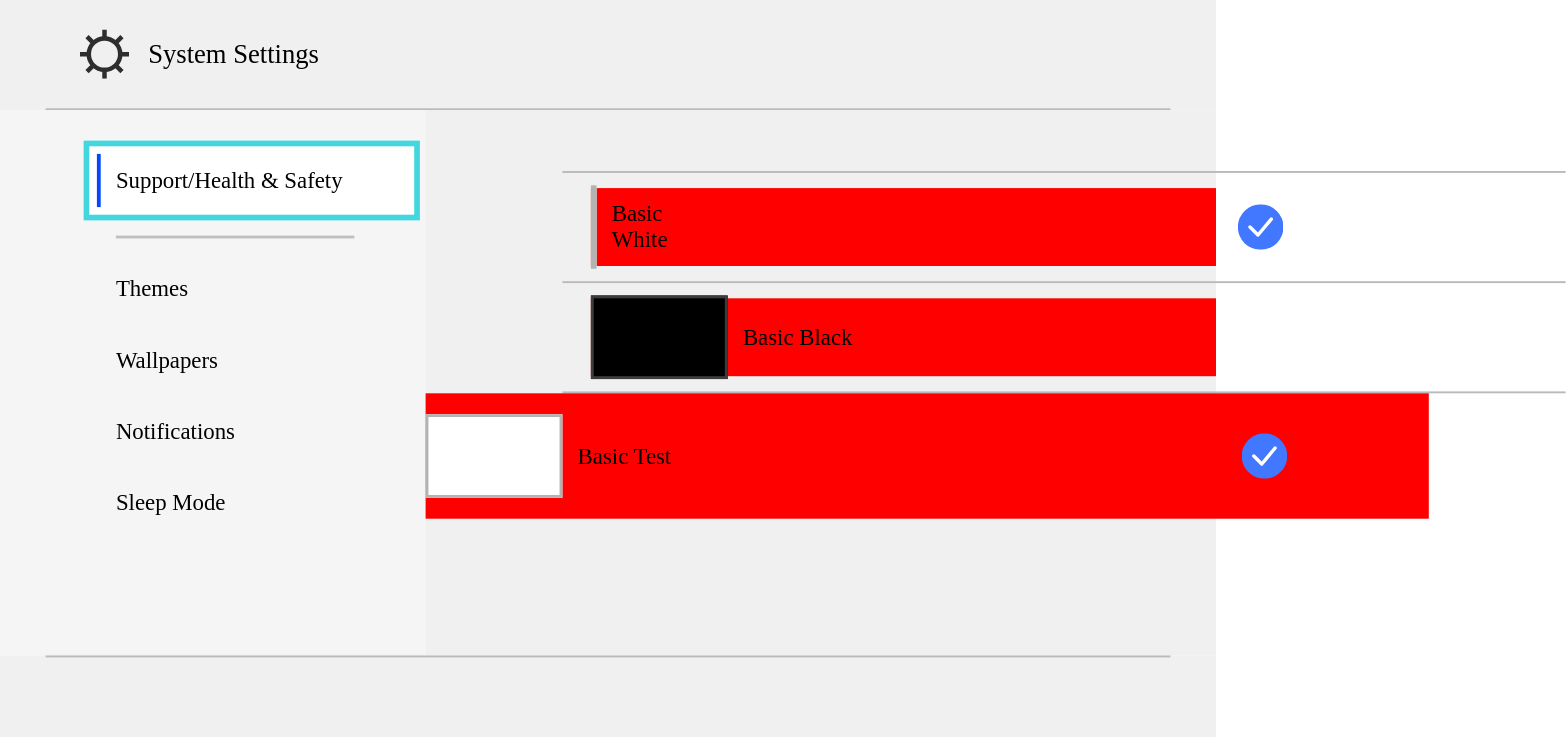
Repository: danielj1415/nintendoSwitchUI2
Page: /settings
The author's editor kept a copy of each file at every save. The page is drawn from the files as they stood at one save, then again after the next save.
The browser window is 1280 px wide. The page is 1648 px wide, so the pictures cover 1648 px, including what lies to the right of the window. The pictures show the whole page, at 95% of full size.
The project was rebuilt for these pictures with package versions that can differ from the ones it lists, and the page was loaded fresh each time. Also part of the build but not shown: vite.config.js, src/ScreenHome.jsx.

Above is the page before, as saved 2024-09-29 19:26:54.

### src/App.jsx
import { BrowserRouter as Router, Routes, Route } from "react-router-dom";
import ScreenHome from "./ScreenHome";
import ScreenSettings from "./ScreenSettings";
import './App.css';

function App() {
  return (
    <Router>
      <Routes>
        <Route path="/" element={<ScreenHome />} />
        <Route path="/settings" element={<ScreenSettings />} />
      </Routes>
    </Router>
  );
}

export default App;

### src/ScreenSettings.jsx

import "./ScreenSettings.css";
import iconBrightnessLight from "./assets/icons/iconBrightnessLight.svg";
import { useState, useEffect } from "react";
import iconCheckMark from "./assets/icons/iconCheckMark.svg";

function ScreenSettings(){

    const settingsOptions = [
        { name: "Support/Health & Safety"},
        { name: "Themes"},
        { name: "Wallpapers"},
        { name: "Notifications"},
        { name: "Sleep Mode"},
        //{ name: "Airplane Mode"}, // Add corresponding images for these games
      ];

      const [selectedIndex, setSelectedIndex] = useState(0);
      const [optionsTheme, setOptionsTheme] = useState(true); // true means the user is on the Themes page for the system settings
      const [optionsWallpaper, setOptionsWallpaper] = useState(false); // true means the user is on the Wallpaper page for the system settings

      useEffect(() => {
        const handleKeyDown = (event) => {
          if (event.key === "ArrowDown") {
            event.preventDefault();
            setSelectedIndex((prevIndex) =>
              prevIndex < settingsOptions.length - 1 ? prevIndex + 1 : 0
            );
          } else if (event.key === "ArrowUp") {
            event.preventDefault();
            setSelectedIndex((prevIndex) =>
              prevIndex > 0 ? prevIndex - 1 : settingsOptions.length - 1
            );
          }
        };

        window.addEventListener("keydown", handleKeyDown);

        // Clean up the event listener
        return () => {
          window.removeEventListener("keydown", handleKeyDown);
        };
      }, [settingsOptions.length]);

    return(
        <div className = "settingsScreen">
            <div className = "topMenuSettings">
                <div className = "topMenuRow">
                    <img src = {iconBrightnessLight} className = "iconBrightnessLight marginRight28 marginLeft108"/>
                    <p className = "headingText">System Settings</p>
                </div>
                <div className = "divider"/>
            </div>
            <div className="middleMenuSettings">
            <div className="leftMenuSettings">
            <div className = "spacer"/>
            {/* Render the first option separately */}
            {settingsOptions.slice(0, 1).map((option, index) => (
                <div
                    key={index}
                    className={`leftMenuOptions ${
                        selectedIndex === index ? "selectedOption" : "unselectedOption"
                    }`}
                >
                    {selectedIndex === index && (
                        <div className="selectedOptionLine marginLeft8 marginRight16" />
                    )}
                    <div>
                        <p className={`subheadingText`}>{option.name}</p>
                    </div>
                    {/* Add a line after the first option */}
                    <div className="lineAfterOption"></div>
                </div>
            ))}
            <div className = "square"/>
            {/* Render the remaining options */}
            {settingsOptions.slice(1).map((option, index) => (
            <div
                key={index + 1}  // Offset index for the remaining items
                className={`leftMenuOptions ${
                    selectedIndex === index + 1 ? "selectedOption" : "unselectedOption"
                }`}
            >
                {selectedIndex === index + 1 && (
                    <div className="selectedOptionLine marginLeft8 marginRight16" />
                )}
                <div>
                    <p className={`subheadingText`}>{option.name}</p>
                </div>
            </div>
            ))}
            </div>
                <div className="rightMenuSettings">
                {optionsTheme === true && ( // theme page on system settings
                    <div className = "themePage">
                        <div className = "themeLine marginTop64"></div>
                        <div className = "themeRow marginLeft174 marginTop32">
                            <div className = "themeWhiteRectangle marginRight16"></div>
                            <p className = "subheadingText">Basic White</p>
                            <img className = "iconCheckMark" src = {iconCheckMark}/>
                        </div>
                        <div className = "themeLine marginTop32"></div>
                        <div className = "themeRow marginLeft174 marginTop32">
                            <div className = "themeBlackRectangle marginRight16"></div>
                            <p className = "subheadingText">Basic Black</p>
                        </div>
                        <div className = "themeLine marginTop32"></div>
                        <div className = "themeRowSelected">
                            <div className = "themeWhiteRectangle marginRight16"></div>
                            <p className = "subheadingText">Basic Test</p>
                            <img className = "iconCheckMark" src = {iconCheckMark}/>
                        </div>
                    </div>
                )}
                {optionsWallpaper === true && ( // wallpaper page on system settings
                    <div className = "wallpaperPage">
                        Your mom's wallpaper
                    </div>
                )}
                </div>
            </div>
            <div className = "bottomMenuSettings">
                <div className = "divider"/>
            </div>
        </div>
    )
}

export default ScreenSettings;

### src/App.css
html, body {
  margin: 0;
  padding: 0;
  height: 100%;
  width: 100%;
}

.appScreen{
  display: flex;
  justify-content: center;
  align-items: center;
  height: 100vh;
}

### src/ScreenHome.css

@import "./fonts.css";

/* Set the container to relative positioning */
.homeScreen {
    position: relative;
    width: 100vw;
    height: 100vh;
    overflow-x: hidden;
  }

  /* Set the image to cover the entire container */
  .wallpaper {
    position: absolute;
    top: 0;
    left: 0;
    width: 100%;
    height: 100%;
    object-fit: cover; /* Ensure the image covers the whole area */
    z-index: -1; /* Send the image to the background */
  }

  /* Row of squares */
  .square-row {
    display: flex;
    justify-content: space-between; /* Space the squares evenly */
    position: relative; /* Ensure it's positioned on top of the image */
    width: 100%;
    height: 460px; /* Adjust the height of the row */
    z-index: 1; /* Ensure the row stays above the image */
    top: 50%; /* Vertically center the row */
    transform: translateY(-340px); /* Adjust the top positioning for perfect centering */
    margin-left: 80px;
    gap: 32px;
  }

  /* Individual squares */
  .game {
    flex-shrink: 0;
    width: 360px;
    height: 360px;
    background-color: rgba(255, 255, 255, 0.2); /* Add some transparency */
    backdrop-filter: blur(15px); /* Apply the blur effect to the background */
    transition: all 0.3s ease; /* Smooth transition when selecting */
    display: flex; /* Enable Flexbox */
        justify-content: center; /* Horizontally center the image */
        align-items: center; /* Vertically center the image */
        box-shadow: 0 4px 8px rgba(0, 0, 0, 0.5); /* Add a soft shadow */
  }

  /* Selected game styles */
.game.selected {
    width: 440px; /* Increase the size of the selected game */
    height: 440px;
    transform: translateY(-60px);
  }

  .game-name {
    position: absolute;
    font-family: "Nintendo Switch UI";
    white-space: nowrap; /* Ensure the text stays on one line */
    left: 50%; /* Center the text horizontally */
    transform: translateX(-50%); /* Ensure centering within its container */
    height: 100px;
    top: -100px;
    width: 600px;

  }

  .game-name-text{
    color: #43D6DF;
    font-size: 36px;
    text-align: center;
  }
  .game-image {
    width: 92%;
    height: 92%;
    object-fit: cover; /* Ensure the image covers the entire div */
  }
  .game-image {
    opacity: 0.5; /* Make the image 50% opaque */
    transition: opacity 0.3s ease; /* Smooth transition for the opacity change */
  }

  /* Selected game's image (full opacity) */
  .game.selected .game-image {
    opacity: 1; /* Full opacity for the selected game's image */
  }

  .profileIconContainer{
    display: flex;
    flex-direction: column; /* Ensure the number and image are stacked vertically */
    align-items: center; /* Center the number and image horizontally */
    width: 64px;
    margin-left: 80px;
  }

  .imageProfile{
    width: 48px;
    height: 48px;
    border-radius: 50%;
    border: 3px solid #43D6DF;
    margin-top: -24px;
  }

  .profileFriends{
    font-family: "Nintendo Switch UI";
    font-size: 24px;
    color: #43D6DF
  }

  .circle-row{
    display: flex;
    gap: 28px;
    justify-content: center;
    margin-top: 96px;
  }

  .icons{
    width: 90px;
    height: 90px;
    border-radius: 50%;
    background-color: rgba(255, 255, 255, 0.3); /* Add some transparency */
    box-shadow: 0 4px 8px rgba(0, 0, 0, 0.5); /* Add a soft shadow */
    backdrop-filter: blur(15px);
  }

  .iconRowCircle{
    width: 90px;
    height: 90px;
    border-radius: 50%;
    background-color: rgba(255, 255, 255, 0.3); /* Add some transparency */
    box-shadow: 0 3px 6px rgba(0, 0, 0, 0.3); /* Add a soft shadow */
    backdrop-filter: blur(15px);
    display: flex;
    align-items: center;
    justify-content: center;
    position: relative;
  }

  .iconRowImage{
    width: 48px;
    height: 48px;
  }

  .iconRowImage2{
    width: 52px;
    height: 52px;
    margin-left: 4px;
    margin-top: 4px;
  }


.selectedIcon {
  position: relative;
}

.selectedIcon::before {
  content: "";
  position: absolute;
  top: -4px;
  left: -4px;
  width: calc(100%);
  height: calc(100%);
  border: 4px solid #43D6DF;
  border-radius: 50%;
  pointer-events: none;
}

  .bottomMenu{
    margin-left: 80px;
    margin-right: 80px;
    margin-top: 72px;
  }

  .lineDivider{
    height: 2px;
    width:auto;
    background-color: #ffffff;
  }

  .iconSwitchLight{
    width: 96px;
    height: 44px;
    box-shadow: 0 4px 8px rgba(0, 0, 0, 0.5);
    border-radius: 8px;
  }

  .bottomMenuRow{
    display: flex;
    align-items: center;
    justify-content: space-between;
    margin-top: 28px;
  }

  .bottomMenuRowIcons{
    width: 400px;
    height: 44px;
    display: flex;
    align-items: center;
    justify-content: end;
  }

  .iconA{
    width: 36px;
    height: 36px;
    box-shadow: 0 4px 8px rgba(0, 0, 0, 0.5);
    border-radius: 50%;
  }

  .iconOptions{
    width: 36px;
    height: 36px;
    box-shadow: 0 4px 8px rgba(0, 0, 0, 0.5);
    border-radius: 50%;
  }

  .bottomMenuRowText{
    font-family: "Nintendo Switch UI";
    color: white;
    font-size: 26px;
    text-shadow: 0 0 10px rgba(255, 255, 255, 0.8),
  }

  .marginRight20{
    margin-right: 20px;
  }

  .marginLeft84{
    margin-left: 84px;
  }

  @media (max-height: 800px) and (min-height: 700px)
  {
    .game {
        flex-shrink: 0;
        width: 306px;
        height: 306px;
        background-color: rgba(255, 255, 255, 0.3); /* Add some transparency */
        backdrop-filter: blur(15px); /* Apply the blur effect to the background */
        transition: all 0.3s ease; /* Smooth transition when selecting */
        display: flex; /* Enable Flexbox */
        justify-content: center; /* Horizontally center the image */
        align-items: center; /* Vertically center the image */
        box-shadow: 0 4px 8px rgba(0, 0, 0, 0.5); /* Add a soft shadow */
      }

      /* Selected game styles */
    .game.selected {
        width: 380px; /* Increase the size of the selected game */
        height: 380px;
        transform: translateY(-60px);
      }
      .game-name-text{
        color: #43D6DF;
        font-size: 32px;
        text-align: center;
      }
      .game-name {
        position: absolute;
        font-family: "Nintendo Switch UI";
        white-space: nowrap; /* Ensure the text stays on one line */
        left: 50%; /* Center the text horizontally */
        transform: translateX(-50%); /* Ensure centering within its container */
        height: 100px;
        top: -80px;
        width: 600px;
      }
      .square-row {
        display: flex;
        justify-content: space-between; /* Space the squares evenly */
        position: relative; /* Ensure it's positioned on top of the image */
        width: 100%;
        height: 360px; /* Adjust the height of the row */
        z-index: 1; /* Ensure the row stays above the image */
        top: 50%; /* Vertically center the row */
        transform: translateY(-280px); /* Adjust the top positioning for perfect centering */
        margin-left: 80px;
        gap: 32px;
      }
      .game-image {
        width: 92%;
        height: 92%;
        object-fit: cover; /* Ensure the image covers the entire div */
      }
      .game-image {
        opacity: 0.5; /* Make the image 50% opaque */
        transition: opacity 0.3s ease; /* Smooth transition for the opacity change */
      }

      /* Selected game's image (full opacity) */
      .game.selected .game-image {
        opacity: 1; /* Full opacity for the selected game's image */
      }
      .circle-row{
        display: flex;
        gap: 28px;
        justify-content: center;
        margin-top: 96px;
        height: 1px;
      }

      .icons{
        width: 72px;
        height: 72px;
        border-radius: 50%;
        background-color: rgba(255, 255, 255, 0.3); /* Add some transparency */
        box-shadow: 0 4px 8px rgba(0, 0, 0, 0.5); /* Add a soft shadow */
        backdrop-filter: blur(15px);
      }

      .iconRowCircle{
        width: 72px;
        height: 72px;
        border-radius: 50%;
        background-color: rgba(255, 255, 255, 0.3); /* Add some transparency */
        box-shadow: 0 3px 6px rgba(0, 0, 0, 0.3); /* Add a soft shadow */
        backdrop-filter: blur(15px);
        display: flex;
        align-items: center;
        justify-content: center;
        position: relative;
      }

      .iconRowImage{
        width: 40px;
        height: 40px;
      }

      .iconRowImage2{
        width: 48px;
        height: 48px;
        margin-left: 4px;
        margin-top: 4px;
      }


    .selectedIcon {
      position: relative;
    }

    .selectedIcon::before {
      content: "";
      position: absolute;
      top: -4px;
      left: -4px;
      width: calc(100%);
      height: calc(100%);
      border: 4px solid #43D6DF;
      border-radius: 50%;
      pointer-events: none;
    }
    .bottomMenu{
      margin-left: 80px;
      margin-right: 80px;
      height: 1px;
      margin-top: 108px;
    }

    .lineDivider{
      height: 2px;
      width:auto;
      background-color: #ffffff;
    }

    .iconSwitchLight{
      width: 84px;
      height: 52px;
      margin-top: 16px;
    }
    .bottomMenuRow{
      display: flex;
      align-items: center;
      justify-content: space-between;
      margin-top: 4px;
    }
    .iconA{
      width: 28px;
      height: 28px;
      box-shadow: 0 4px 8px rgba(0, 0, 0, 0.5);
      border-radius: 50%;
    }

    .iconOptions{
      width: 28px;
      height: 28px;
      box-shadow: 0 4px 8px rgba(0, 0, 0, 0.5);
      border-radius: 50%;
    }

    .bottomMenuRowText{
      font-family: "Nintendo Switch UI";
      color: white;
      font-size: 22px;
      text-shadow: 0 0 10px rgba(255, 255, 255, 0.8),
    }

}
@media (max-height: 920px) and (min-height: 800px)
{
  .lineDivider{
    height: 2px;
    width:auto;
    background-color: white;
  }
  .square-row {
    transform: translateY(-320px); /* Adjust the top positioning for perfect centering */
  }
  .circle-row{
    margin-top: 72px;
  }
}

### src/ScreenSettings.css

    @import "./fonts.css";

    .topMenuSettings{
        width: 100%;
        background-color: #F0F0F0;
    }

    .topMenuRow{
        display: flex;
        align-items: center;
        background-color: #F0F0F0;
        height: 142px;
    }

    .bottomMenuSettings{
        width: 100%;
        height: 116px;
        background-color: #F0F0F0;
    }

    .middleMenuSettings{
        display: flex;
    }

    .leftMenuSettings{
        width: 32%;
        height: 690px;
        background-color: #F5F5F5;
    }

    .rightMenuSettings{
        width: 68%;
        height: 690px;
        background-color: #F0F0F0;
    }

    .iconBrightnessLight{
        width: 66px;
        height: 66px;
    }

    .headingText{
        font-size: 34px;
        font-family: "Nintendo Switch UI";
    }

    .marginRight28{
        margin-right: 28px;
    }

    .marginLeft108{
        margin-left: 108px;
    }

    .divider{
        height: 2px;
        margin-left:48px;
        margin-right: 48px;
        background-color: #bababa;
        justify-content: center;
    }

    .subheadingText{
        font-family: "Nintendo Switch UI";
        font-size: 30px;
    }

    .bottomMenuSettings{
        z-index: 1;
        position: absolute;
    }
    .selectedOption {
        width: 432px;
        height: 94px;
        background-color: #FFFFFF;
        border: 6px solid #43D6DF;
        display: flex; /* Use flexbox to align the blue line and text horizontally */
        align-items: center; /* Vertically center the items inside */
        margin-left: 122px;
    }
    .unselectedOption{
        margin-left: 160px;
        display: flex; /* Use flexbox to align the blue line and text horizontally */
        align-items: center; /* Vertically center the items inside */
    }
    .selectedOptionSub{
        display: flex;
        align-items: center;
        height: 72px;
    }
    .marginLeft8{
        margin-left: 8px;
    }

    .marginRight16{
        margin-right: 18px;
    }

    .marginLeftselectedOption{
        margin-left: 88px;
    }

    .spacer{
        width: 4px;
        height: 32px;
        background-color: #F5F5F5;
    }

    .square {
        width: 432px;    /* Set the width of the square */
        height: 2px;   /* Set the height of the square */
        background-color: #bababa; /* You can change the color of the square */
        margin-top: 16px;
        margin-bottom: 16px;
        margin-left: 128px;
    }

    .selectedOptionLine{
        height: 72px;
        width: 6px;
        background-color: #0047FF;
    }

    .themeLine{
        height: 2px;
        width: 1056px;
        margin-left: 144px;
        background-color: #bababa;
    }

    .themeRow{
        display: flex;
        align-items: center;
        background-color: red;
        height: 82px;
    }

    .themeWhiteRectangle{
        width: 138px;
        height: 82px;
        background-color: white;
        border: 3px solid #B3B3B3;
    }

    .themeBlackRectangle{
        width: 138px;
        height: 82px;
        background-color: black;
        border: 3px solid #3C3C3C;
    }

    .marginLeft174{
        margin-left: 174px;
    }

    .marginTop32{
        margin-top: 16px;
    }

    .marginTop64{
        margin-top: 64px;
    }

    .iconCheckMark{
        width: 48px;
        height: 48px;
        margin-left: 600px;
    }

    .themeRowSelected{
        display: flex;
        align-items: center;
        background-color: red;
        width: 1056px;
        height: 132px;
    }

    @media (max-height: 800px) and (min-height: 700px)
    {
        .headingText{
            font-size: 28px;
            font-family: "Nintendo Switch UI";
        }
        .subheadingText{
            font-family: "Nintendo Switch UI";
            font-size: 24px;
        }
        .iconBrightnessLight{
            width: 52px;
            height: 52px;
        }
        .leftMenuOptions{
            margin-left: 0px;
            margin-top: 0px;
        }
        .marginRight28{
            margin-right: 20px;
        }

        .marginLeft108{
            margin-left: 84px;
        }
        .topMenuRow{
            display: flex;
            align-items: center;
            background-color: #F0F0F0;
            height: 114px;
        }
        .bottomMenuSettings{
            width: 100%;
            height: 86px;
            background-color: #F0F0F0;
        }
        .leftMenuSettings{
            width: 35%;
            height: 574px;
            background-color: #F5F5F5;
        }

        .rightMenuSettings{
            width: 65%;
            height: 574px;
            background-color: #F0F0F0;
        }

        .marginLeft124{
            margin-left: 124px;
        }

        .selectedOption {
            width: 342px;
            height: 72px;
            background-color: #FFFFFF;
            border: 6px solid #43D6DF;
            display: flex; /* Use flexbox to align the blue line and text horizontally */
            align-items: center; /* Vertically center the items inside */
            margin-left: 88px;
        }
        .unselectedOption{
            margin-left: 122px;
            display: flex; /* Use flexbox to align the blue line and text horizontally */
            align-items: center; /* Vertically center the items inside */
        }

        .selectedOptionSub{
            display: flex;
            align-items: center;
            height: 72px;
        }

        .selectedOptionLine{
            height: 56px;
            width: 4px;
            background-color: #0047FF;
        }

        .marginLeft8{
            margin-left: 8px;
        }

        .marginRight16{
            margin-right: 16px;
        }

        .marginLeftselectedOption{
            margin-left: 88px;
        }

        .spacer{
            width: 4px;
            height: 32px;
            background-color: #F5F5F5;
        }

        .square {
            width: 56%;    /* Set the width of the square */
            height: 3px;   /* Set the height of the square */
            background-color: #C0C0C0; /* You can change the color of the square */
            margin-left: 122px;
            margin-top: 16px;
            margin-bottom: 16px;
        }


    }

### src/fonts.css

@font-face {
    font-family: "Nintendo Switch";
    src: url("/src/assets/fonts/NINTENDOSWITCHUI.TTF");
  }

Loaded but not shown: index.html (common file); src/main.jsx (common file)

After the next save:
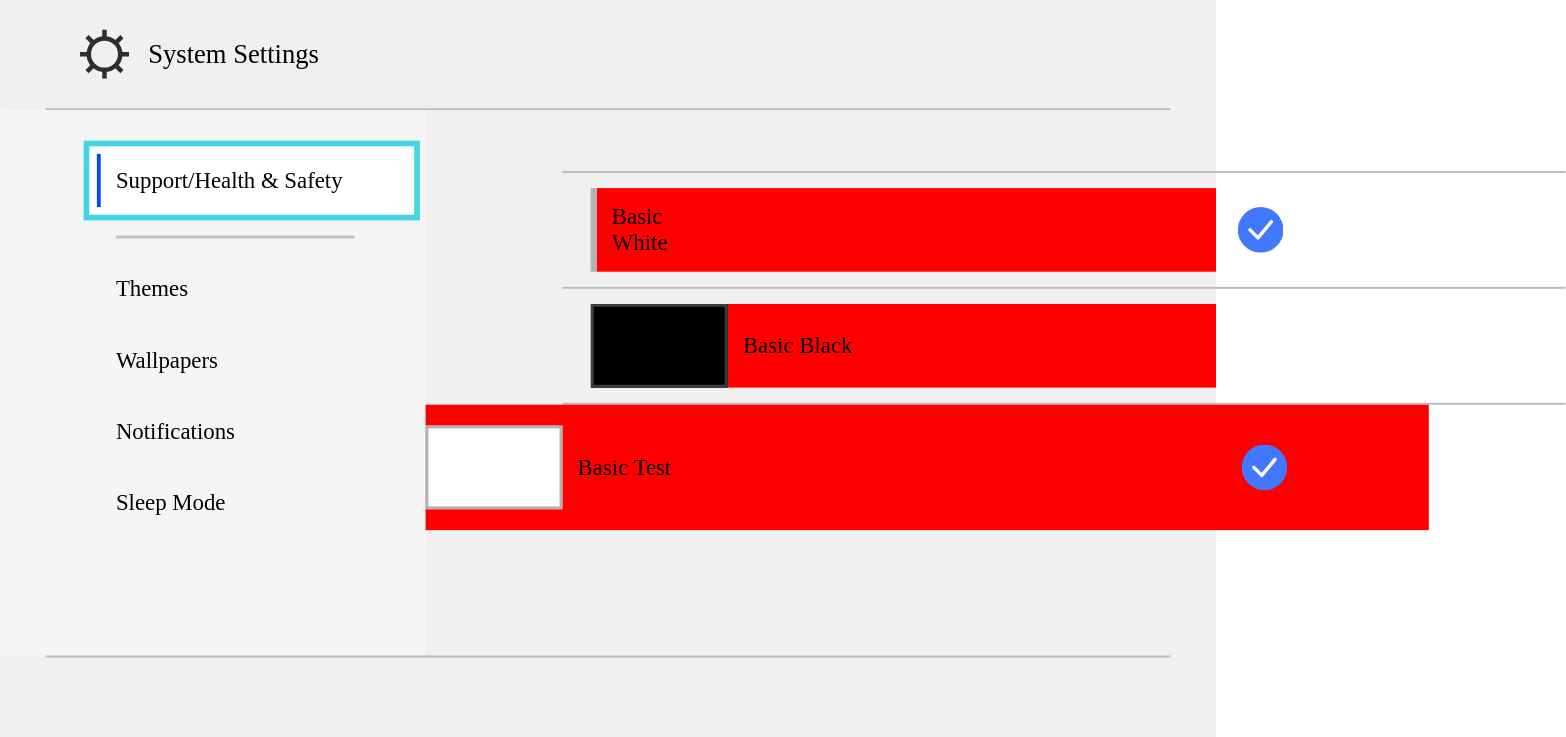
Saved 8 s later.
--- a/src/ScreenSettings.css
+++ b/src/ScreenSettings.css
@@ -133,7 +133,7 @@
         display: flex;
         align-items: center;
         background-color: red;
-        height: 82px;
+        height: 88px;
     }
 
     .themeWhiteRectangle{
